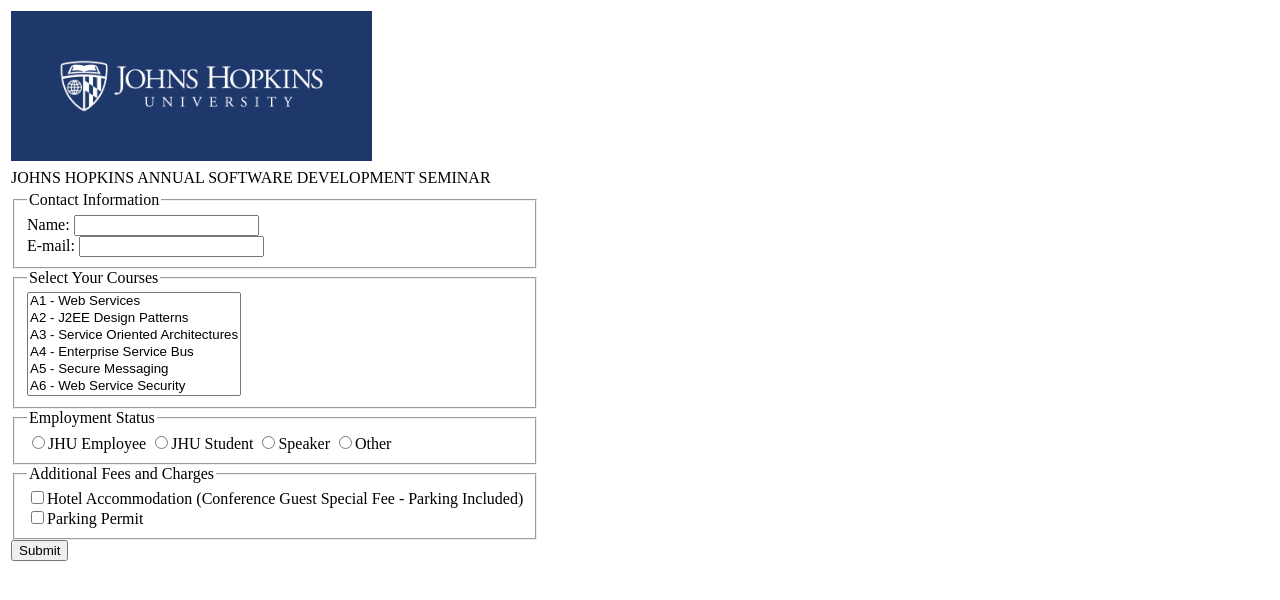
Repository: justinjwk/eclipse-workspace
Page: Homework2/WebContent/index.html
These files come from the project's save history. The page is drawn as it stood at one moment and after the next save; the edit follows.
The browser window is 1280 px wide. The pictures show the whole page.

Above is the page before, as saved 2019-06-12 02:44:35.

### Homework2/WebContent/index.html
<!DOCTYPE html>
<html>
<head>
<meta charset="UTF-8">
<title>JHU Annual Software Development Seminar</title>
</head>
<body>

	<table>
		<tr>
			<td><img src="jhu_logo.png" height=150></td>
		</tr>
		<tr>
			<td>JOHNS HOPKINS ANNUAL SOFTWARE DEVELOPMENT SEMINAR</td>
		</tr>
		<tr>
			<td>
				<form>
					<fieldset>
						<legend>Contact Information</legend>
						Name: <input type="name" name="name" required><br>
						E-mail: <input type="email" name="email" required><br>
					</fieldset>

					<fieldset>
						<legend>Select Your Courses</legend>
						<select name="course" size="6" multiple required>
							<option value="A1">A1 - Web Services</option>
							<option value="A2">A2 - J2EE Design Patterns</option>
							<option value="A3">A3 - Service Oriented Architectures</option>
							<option value="A4">A4 - Enterprise Service Bus</option>
							<option value="A5">A5 - Secure Messaging</option>
							<option value="A6">A6 - Web Service Security</option>
						</select>
					</fieldset>

					<fieldset>
						<legend>Employment Status</legend>
						<input type="radio" name="employmentstatus" value="employee"
							required>JHU Employee <input type="radio"
							name="employmentstatus" value="student">JHU Student <input
							type="radio" name="employmentstatus" value="speaker">Speaker
						<input type="radio" name="employmentstatus" value="ohter">Other
					</fieldset>

					<fieldset>
						<legend>Additional Fees and Charges</legend>
						<input type="checkbox" name="hotel">Hotel Accommodation
						(Conference Guest Special Fee - Parking Included)<br> <input
							type="checkbox" name="parking">Parking Permit
					</fieldset>

					<input type="submit" value="Submit">
					<input type="hidden"
						name="action" value="register">
				</form>
</body>
</td>
</tr>

</table>

</html>

After the next save:
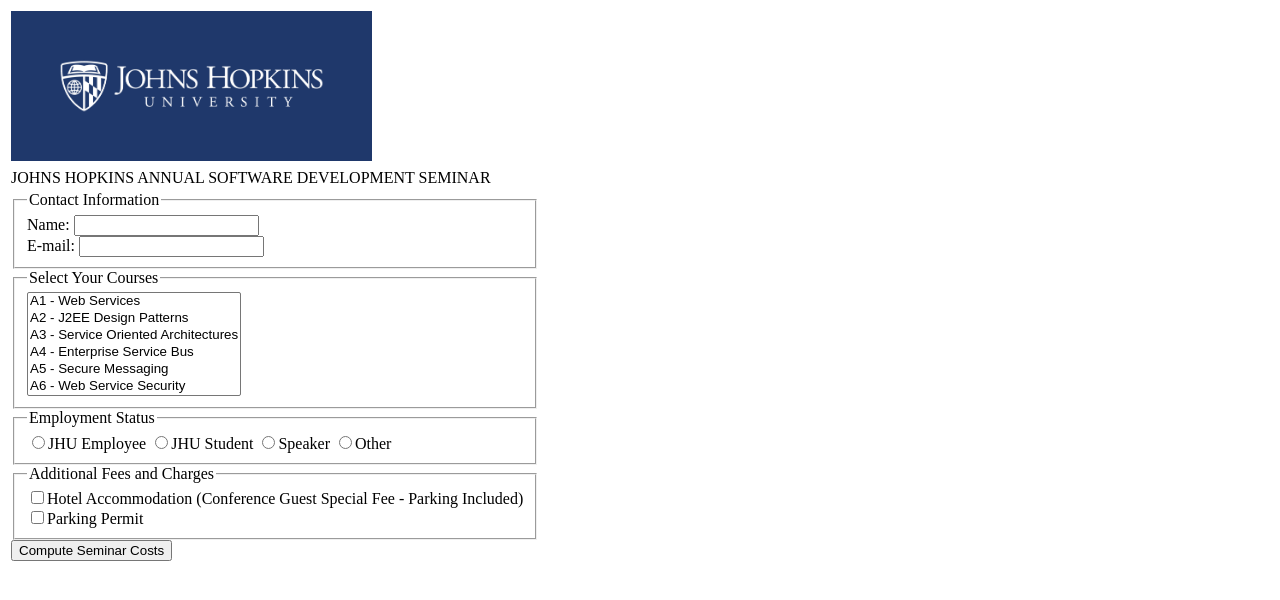
Saved 24 s later.
--- a/Homework2/WebContent/index.html
+++ b/Homework2/WebContent/index.html
@@ -50,7 +50,7 @@
 							type="checkbox" name="parking">Parking Permit
 					</fieldset>
 
-					<input type="submit" value="Submit">
+					<input type="submit" value="Compute Seminar Costs">
 					<input type="hidden"
 						name="action" value="register">
 				</form>
